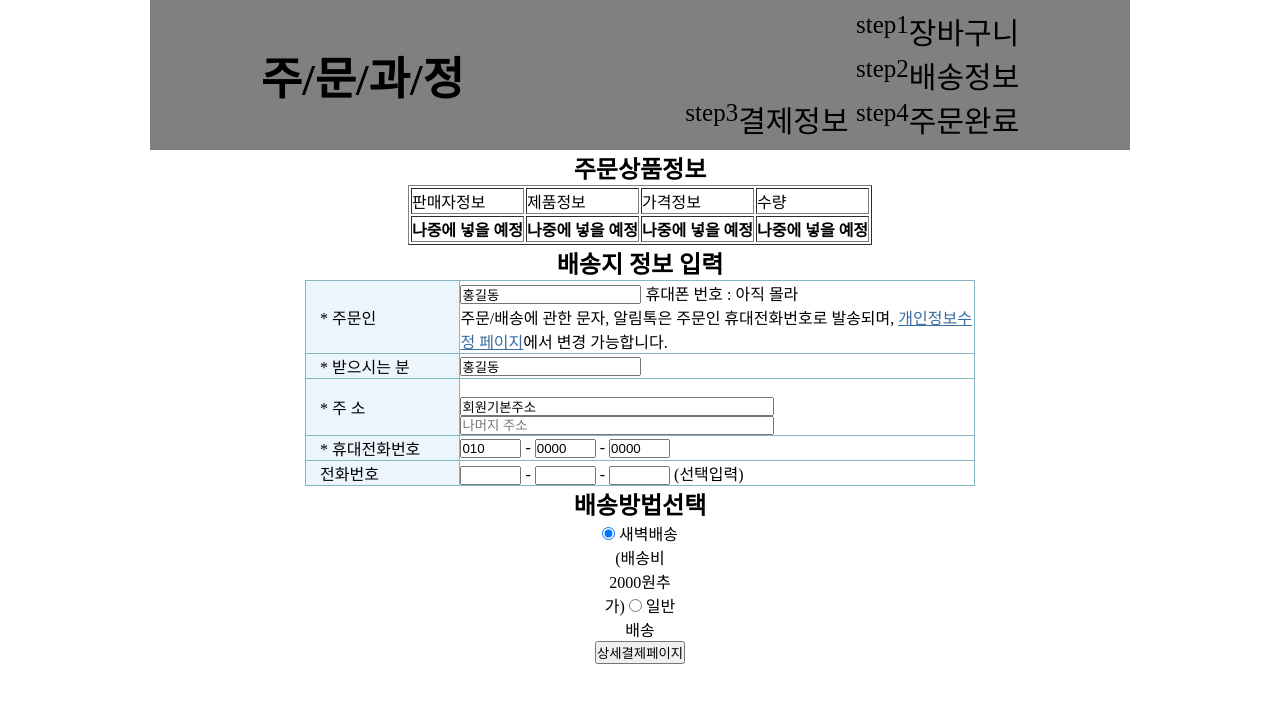
Repository: kym-1000/book
Page: http://localhost/book/WEB-INF/views/cart/ShippingInformation.jsp
These files come from the project's save history. The page is drawn as it stood at one moment and after the next save; the edit follows.
The browser window is 1280 px wide. The pictures show the whole page.
The page is served by Tomcat 9. Nobody is signed in. Other server files are loaded and not shown. The template is opened directly, without the code that normally fills it, so the values that code supplies are empty.

Above is the page before, as saved 2023-01-02 05:21:10.

### book/book/src/main/webapp/WEB-INF/views/cart/ShippingInformation.jsp
<%@ page language="java" contentType="text/html; charset=UTF-8"
    pageEncoding="UTF-8"%>
<%@ taglib uri="http://java.sun.com/jsp/jstl/core" prefix="c" %>

<!DOCTYPE html>
<html>
<head>
<meta charset="UTF-8">
<title>Insert title here</title>
<style type="text/css">


	*{
		margin: auto;
		padding: 0;
		}


	#pagetop{
		margin-left: 150px;
		margin-right: 150px;
	    background-color: grey;
	    font-size: 30px;
		height: 150px;
		display : flex;
	  	/* justify-content : center; */
	  	align-items : center;
		}

	#productinfo{
		margin-left: 150px;
		margin-right: 150px;
		display : flex;
		align-items : center;
		}

	#DefaultAddr{
		margin-left: 150px;
		margin-right: 150px;
		display : flex;
		align-items : center;
		}

	#productprice{
		margin-left: 600px;
		margin-right: 600px;
		display : flex;
		align-items : center;
		border: 1 solid;
		text-align: center;
	}

	#btn{
		text-align: center;
		align-items : center;
		display : flex;
	}



</style>
</head>
<body>

	<div id="pagetop">
		<h2 style="text-align: left;">
			주/문/과/정
		</h2>
		<div style="text-align: right;">
		<sup>step1</sup>장바구니
		<div>
		<sup>step2</sup>배송정보
		</div>
		<sup>step3</sup>결제정보
		<sup>step4</sup>주문완료
		</div>
	</div>

		<h2 style="text-align: center;">
			주문상품정보
		</h2>

	<div id="productinfo">
		<table border="1">
			<tr>
				<td>판매자정보</td>
				<td>제품정보</td>
				<td>가격정보</td>
				<td>수량</td>
			</tr>
			<tr>
				<th>나중에 넣을 예정</td>
				<th>나중에 넣을 예정</td>
				<th>나중에 넣을 예정</td>
				<th>나중에 넣을 예정</td>
			</tr>
		</table>
	</div>

	<h2 style="text-align: center;">배송지 정보 입력</h2>

	<form action="/cart/pay" method="get">

		<div id="DefaultAddr">
			<table id="Table1" cellspacing="1" cellpadding="3" width="670" bgcolor="#83b8c2" border="0" align="center">
				<tbody>
				<tr>
					<td  bgcolor="#edf5fc" style="padding-left:14px; text-align: left; width: 23%"><span class="warning">* </span>주문인</td>
					<td bgcolor="#ffffff">
						<input type="text" name="OrdererName" class="form" value="홍길동" maxlength="20">

						 휴대폰 번호 : 아직 몰라 <br>주문/배송에 관한 문자, 알림톡은 주문인 휴대전화번호로 발송되며,  <a style="color:#386da1" href="#" target="_blank">개인정보수정 페이지</a>에서 변경 가능합니다.

					</td>
				</tr>
				<tr>
					<td bgcolor="#edf5fc" style="padding-left:14px; text-align: left; width: 23%"><span class="warning">* </span>받으시는 분</td>
					<td bgcolor="#ffffff"><input class="form" type="text" maxlength="20" value="홍길동" name="ReceiverName">

					</td>
				</tr>

				<tr>
					<td bgcolor="#edf5fc" style="padding-left:14px; text-align: left; width: 23%"><span class="warning">*</span>
						주 소</td>
					<td bgcolor="#ffffff">

							<br>
							<input type="text" id="Address1" name="Address1" class="form" style="width:310px" maxlength="50" readonly="readonly" value="회원기본주소">
							<br>
							<input type="text" id="Address2" name="Address2" class="form" style="width:310px" maxlength="100" value="" placeholder="나머지 주소">

					</td>
				</tr>
				<tr>
					<td bgcolor="#edf5fc" style="padding-left:14px; text-align: left; width: 23%"><span class="warning">* </span>휴대전화번호</td>
					<td bgcolor="#ffffff">
					<input class="form" type="text" maxlength="4" size="5" name="Hp1" value="010"> -
					 <input class="form" type="text" maxlength="4" size="5" name="Hp2" value="0000"> -
					  <input class="form" type="text" maxlength="4" size="5" name="Hp3" value="0000">


					</td>
				</tr>
				<tr>
					<td bgcolor="#edf5fc" style="padding-left:14px; text-align: left; width: 23%">
						전화번호</td>
					<td bgcolor="#ffffff">
					<input class="form" type="text" maxlength="4" size="5" name="Tel1" value=""> -
					 <input class="form" type="text" maxlength="4" size="5" name="Tel2" value=""> -
					  <input class="form" type="text" maxlength="4" size="5" name="Tel3" value=""> (선택입력)</td>
				</tr>
				</tbody></table>
		</div>

		<h2 style="text-align: center;">배송방법선택</h2>

		<div id="productprice" style="text-align: center;">
			<fieldset style="border: none;">
			  <label>
			    <input type="radio" name="contact" value="dawn" checked />
			    <span>새벽배송(배송비2000원추가)</span>
			  </label>

			  <label>
			    <input type="radio" name="contact" value="normal" />
			    <span>일반배송</span>
			  </label>
			</fieldset>

		</div>

		<button type="submit" id="btn" >상세결제페이지</button>

		</form>



</body>
</html>

After the next save:
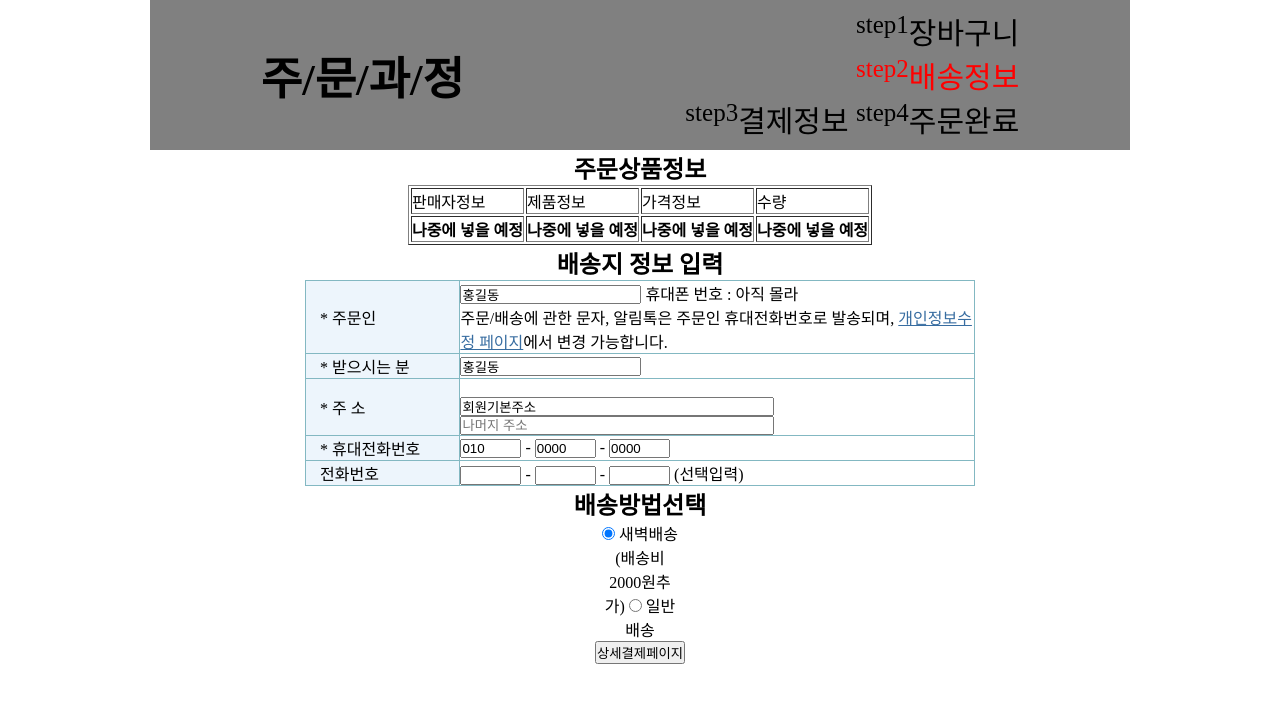
Saved 12 s later.
--- a/book/book/src/main/webapp/WEB-INF/views/cart/ShippingInformation.jsp
+++ b/book/book/src/main/webapp/WEB-INF/views/cart/ShippingInformation.jsp
@@ -68,7 +68,7 @@
 		</h2>
 		<div style="text-align: right;">
 		<sup>step1</sup>장바구니
-		<div>
+		<div style="color: red">
 		<sup>step2</sup>배송정보
 		</div>
 		<sup>step3</sup>결제정보
